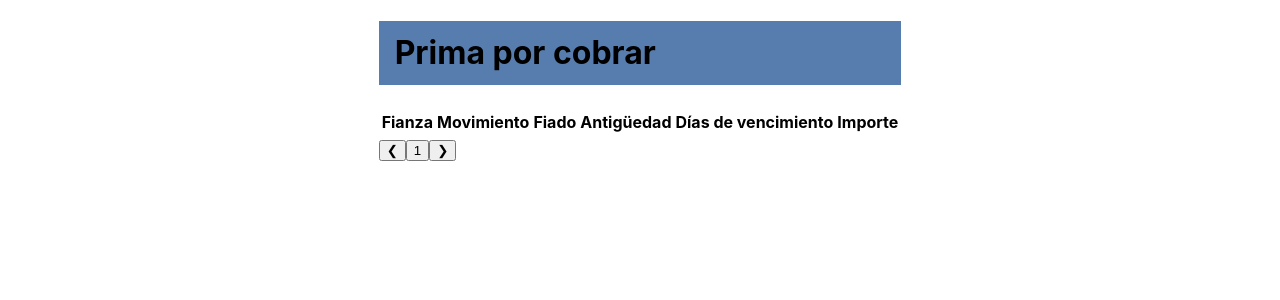
Repository: PCGP22/prueba-t-cnica-liberty-finanzas
Page: / (app in Prueba técnica full-stack/client/)
The author's editor kept a copy of each file at every save. The page is drawn from the files as they stood at one save, then again after the next save.
The browser window is 1280 px wide. The pictures show the whole page.
The page's requests for data from a server got no answer. The project was rebuilt for these pictures with package versions that can differ from the ones it lists, and the page was loaded fresh each time. No one was signed in, and anything a server would have sent is missing. Also part of the build but not shown: Prueba técnica full-stack/client/vite.config.js, Prueba técnica full-stack/client/src/components/Card.jsx, Prueba técnica full-stack/client/src/components/CardsContainer.jsx, Prueba técnica full-stack/client/src/components/Filters.jsx.

Above is the page before, as saved 2023-11-14 07:29:58.

After the next save:
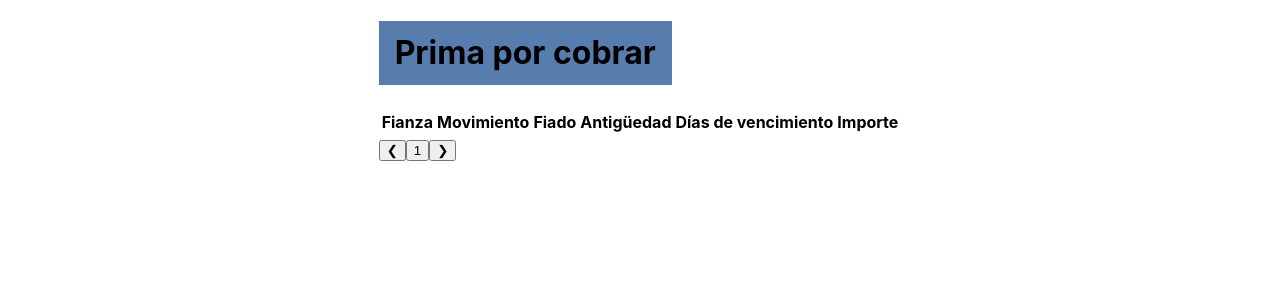
Saved 8 s later.
--- a/Prueba técnica full-stack/client/src/index.css
+++ b/Prueba técnica full-stack/client/src/index.css
@@ -26,5 +26,5 @@ body{
 h1{
   background-color: var(--light-blue);
   padding: 8px 16px;
-  box-sizing: border-box;
+  display: inline-block;
 }
